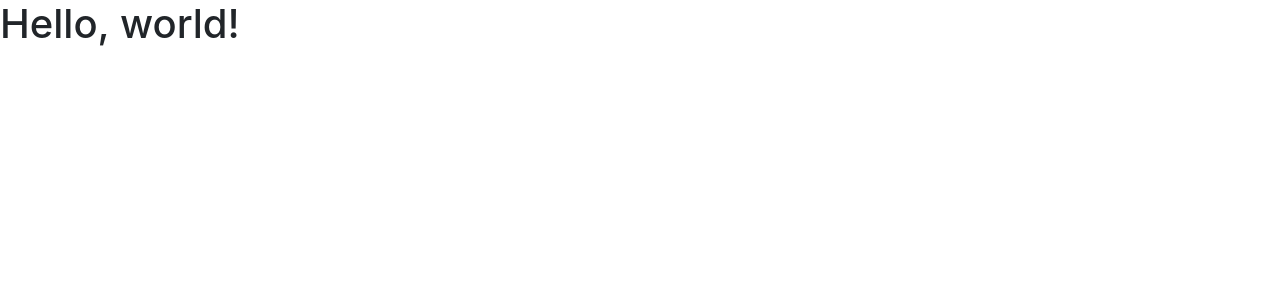
Repository: priyaadya/spring-practice-codes
Page: http://localhost/SearchPageMvc/home
An editor plug-in stored every save of this project. The page is shown before and after the next save, followed by the edit.
The browser window is 1280 px wide. The pictures show the whole page.
Some web libraries are served in a nearby version. The page is served by Tomcat 9.

Above is the page before, as saved 2023-06-04 18:03:06.

After the next save:
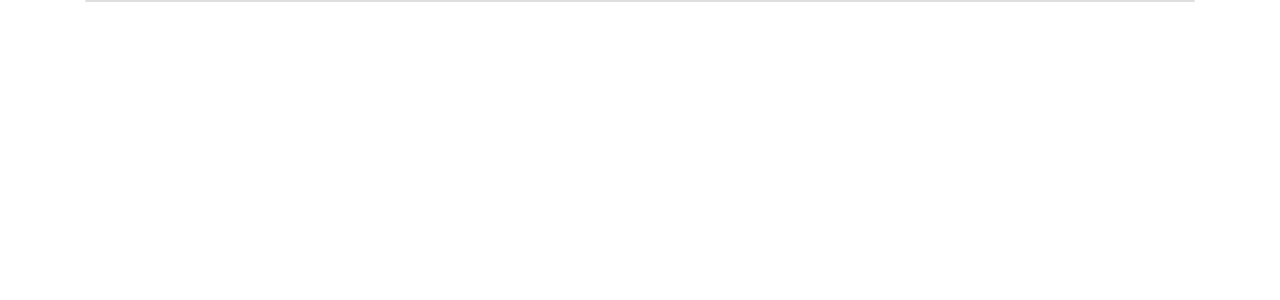
Saved 3 min 2 s later.
--- a/SearchPageMvc/src/main/webapp/WEB-INF/views/home.jsp
+++ b/SearchPageMvc/src/main/webapp/WEB-INF/views/home.jsp
@@ -11,7 +11,16 @@
     <title>Hello, world!</title>
   </head>
   <body>
-    <h1>Hello, world!</h1>
+ <div class="container">
+ <div class="card" style="width
+ <div class="card-body">
+
+ </div>
+
+ </div>
+
+
+ </div>
 
     <!-- Optional JavaScript -->
     <!-- jQuery first, then Popper.js, then Bootstrap JS -->
